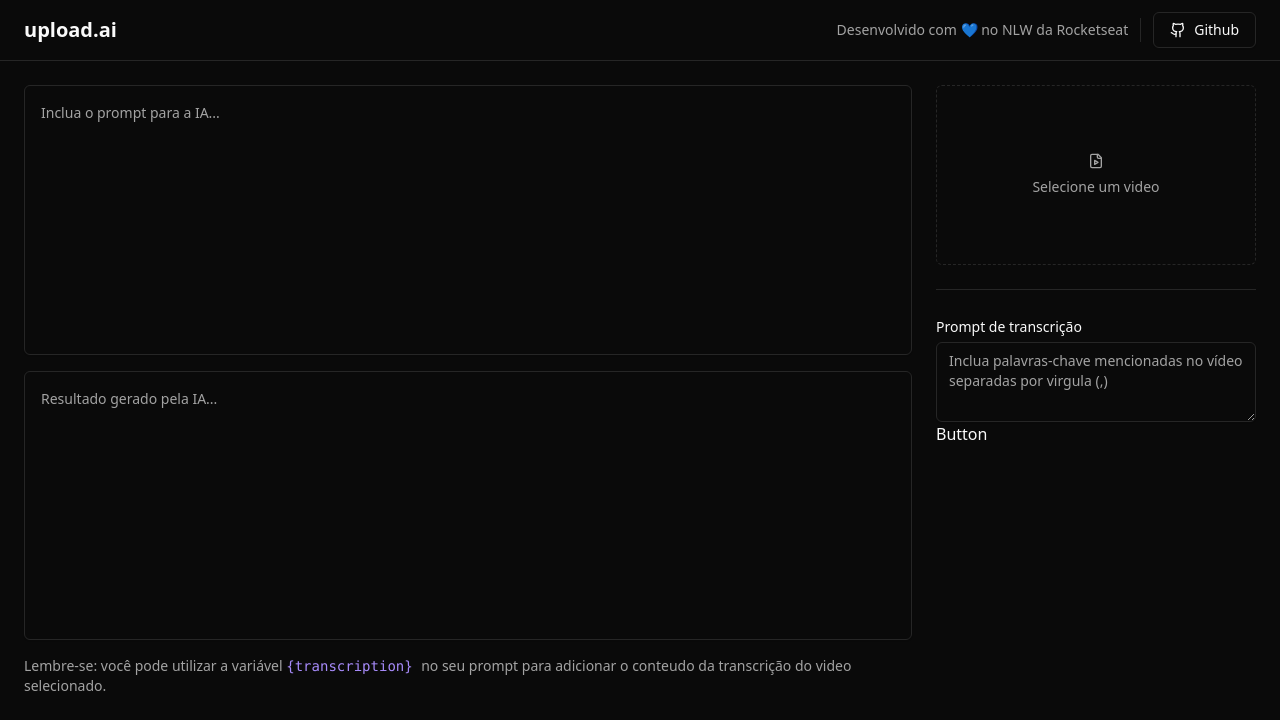
Repository: ricardolimati/upload-ai-web
Page: /
These files come from the project's save history. The page is drawn as it stood at one moment and after the next save; the edit follows.
The browser window is 1280 px wide. The pictures show the whole page.
The project was rebuilt for these pictures with package versions that can differ from the ones it lists, and the page was loaded fresh each time. Also part of the build but not shown: vite.config.ts.

Above is the page before, as saved 2023-09-11 23:56:48.

### src/App.tsx
import {Github, FileVideo} from 'lucide-react'
import { Button } from "./components/ui/button";
import { Separator } from './components/ui/separator';
import { Textarea } from './components/ui/textarea';
import { Label } from './components/ui/label';

export function App() {
  return(
   <div className="min-h-screen flex flex-col">
    <div className="px-6 py-3 flex items-center justify-between border-b">
      <h1 className="text-xl font-bold">upload.ai</h1>
      <div className="flex items-center gap-3">
        <span className="text-sm text-muted-foreground">
          Desenvolvido com 💙 no NLW da Rocketseat</span>
          <Separator orientation='vertical' className='h-6' />
        <Button variant="outline">
          <Github className="w-4 h-4 mr-2" />Github
        </Button>
      </div>
    </div>

    <main className="flex-1 p-6 flex gap-6">
      <div className="flex flex-col flex-1 gap-4">
        <div className="grid grid-rows-2 gap-4 flex-1">
          <Textarea
          className="resize-none p-4 leading-relaxed"
          placeholder="Inclua o prompt para a IA..."
          />
          <Textarea
          className="resize-none p-4 leading-relaxed"
          placeholder="Resultado gerado pela IA..."
          readOnly/>
        </div>

        <p className="text-sm text-muted-foreground">
          Lembre-se: você pode utilizar a variável <code className="text-violet-400">{'{transcription}'} </code>
           no seu prompt para adicionar o conteudo da transcrição
          do video selecionado.</p>
      </div>
      <aside className="w-80 space-y-6">
        <form className="space-y-6" action="" method="post">
          <label
          htmlFor="video"
          className="border flex rounded-md aspect-video cursor-pointer border-dashed text-sm flex-col gap-2 items-center justify-center text-muted-foreground hover:bg-primary/5"
          >
            <FileVideo className="w-4 h-4" />
            Selecione um video
          </label>
          <input type="file" id="video" accept="video/mp4" className="sr-only"/>
          <Separator />
          <div className="space-y-1">
            <Label htmlFor="transcription_prompt">Prompt de transcrição</Label>
            <Textarea
            id="transcription_prompt"
            className="min-h-20 leading-relaxe"
            placeholder="Inclua palavras-chave mencionadas no vídeo separadas por virgula (,)"
            />
          </div>
          Button
        </form>
      </aside>
    </main>
   </div>
  )
}

### src/index.css
@tailwind base;
@tailwind components;
@tailwind utilities;

@layer base {
  :root {
    --background: 0 0% 3.9%;
    --foreground: 0 0% 98%;
    --card: 0 0% 3.9%;
    --card-foreground: 0 0% 98%;
    --popover: 0 0% 3.9%;
    --popover-foreground: 0 0% 98%;
    --primary: 0 72.2% 50.6%;
    --primary-foreground: 0 85.7% 97.3%;
    --secondary: 0 0% 14.9%;
    --secondary-foreground: 0 0% 98%;
    --muted: 0 0% 14.9%;
    --muted-foreground: 0 0% 63.9%;
    --accent: 0 0% 14.9%;
    --accent-foreground: 0 0% 98%;
    --destructive: 0 62.8% 30.6%;
    --destructive-foreground: 0 0% 98%;
    --border: 0 0% 14.9%;
    --input: 0 0% 14.9%;
    --ring: 0 72.2% 50.6%;

    --radius: 0.5rem;
  }
}

@layer base {
  * {
    @apply border-border;
  }
  body {
    @apply bg-background text-foreground;
  }
}

### src/components/ui/button.tsx
import * as React from "react"
import { Slot } from "@radix-ui/react-slot"
import { cva, type VariantProps } from "class-variance-authority"

import { cn } from "@/lib/utils"

const buttonVariants = cva(
  "inline-flex items-center justify-center rounded-md text-sm font-medium transition-colors focus-visible:outline-none focus-visible:ring-1 focus-visible:ring-ring disabled:pointer-events-none disabled:opacity-50",
  {
    variants: {
      variant: {
        default:
          "bg-primary text-primary-foreground shadow hover:bg-primary/90",
        destructive:
          "bg-destructive text-destructive-foreground shadow-sm hover:bg-destructive/90",
        outline:
          "border border-input bg-transparent shadow-sm hover:bg-accent hover:text-accent-foreground",
        secondary:
          "bg-secondary text-secondary-foreground shadow-sm hover:bg-secondary/80",
        ghost: "hover:bg-accent hover:text-accent-foreground",
        link: "text-primary underline-offset-4 hover:underline",
      },
      size: {
        default: "h-9 px-4 py-2",
        sm: "h-8 rounded-md px-3 text-xs",
        lg: "h-10 rounded-md px-8",
        icon: "h-9 w-9",
      },
    },
    defaultVariants: {
      variant: "default",
      size: "default",
    },
  }
)

export interface ButtonProps
  extends React.ButtonHTMLAttributes<HTMLButtonElement>,
    VariantProps<typeof buttonVariants> {
  asChild?: boolean
}

const Button = React.forwardRef<HTMLButtonElement, ButtonProps>(
  ({ className, variant, size, asChild = false, ...props }, ref) => {
    const Comp = asChild ? Slot : "button"
    return (
      <Comp
        className={cn(buttonVariants({ variant, size, className }))}
        ref={ref}
        {...props}
      />
    )
  }
)
Button.displayName = "Button"

export { Button, buttonVariants }

### src/components/ui/separator.tsx
import * as React from "react"
import * as SeparatorPrimitive from "@radix-ui/react-separator"

import { cn } from "@/lib/utils"

const Separator = React.forwardRef<
  React.ElementRef<typeof SeparatorPrimitive.Root>,
  React.ComponentPropsWithoutRef<typeof SeparatorPrimitive.Root>
>(
  (
    { className, orientation = "horizontal", decorative = true, ...props },
    ref
  ) => (
    <SeparatorPrimitive.Root
      ref={ref}
      decorative={decorative}
      orientation={orientation}
      className={cn(
        "shrink-0 bg-border",
        orientation === "horizontal" ? "h-[1px] w-full" : "h-full w-[1px]",
        className
      )}
      {...props}
    />
  )
)
Separator.displayName = SeparatorPrimitive.Root.displayName

export { Separator }

### src/components/ui/textarea.tsx
import * as React from "react"

import { cn } from "@/lib/utils"

export interface TextareaProps
  extends React.TextareaHTMLAttributes<HTMLTextAreaElement> {}

const Textarea = React.forwardRef<HTMLTextAreaElement, TextareaProps>(
  ({ className, ...props }, ref) => {
    return (
      <textarea
        className={cn(
          "flex min-h-[60px] w-full rounded-md border border-input bg-transparent px-3 py-2 text-sm shadow-sm placeholder:text-muted-foreground focus-visible:outline-none focus-visible:ring-1 focus-visible:ring-ring disabled:cursor-not-allowed disabled:opacity-50",
          className
        )}
        ref={ref}
        {...props}
      />
    )
  }
)
Textarea.displayName = "Textarea"

export { Textarea }

### src/components/ui/label.tsx
import * as React from "react"
import * as LabelPrimitive from "@radix-ui/react-label"
import { cva, type VariantProps } from "class-variance-authority"

import { cn } from "@/lib/utils"

const labelVariants = cva(
  "text-sm font-medium leading-none peer-disabled:cursor-not-allowed peer-disabled:opacity-70"
)

const Label = React.forwardRef<
  React.ElementRef<typeof LabelPrimitive.Root>,
  React.ComponentPropsWithoutRef<typeof LabelPrimitive.Root> &
    VariantProps<typeof labelVariants>
>(({ className, ...props }, ref) => (
  <LabelPrimitive.Root
    ref={ref}
    className={cn(labelVariants(), className)}
    {...props}
  />
))
Label.displayName = LabelPrimitive.Root.displayName

export { Label }

Loaded but not shown: index.html (common file); src/main.tsx (common file); src/lib/utils.ts (common file); tailwind.config.js (common file)

After the next save:
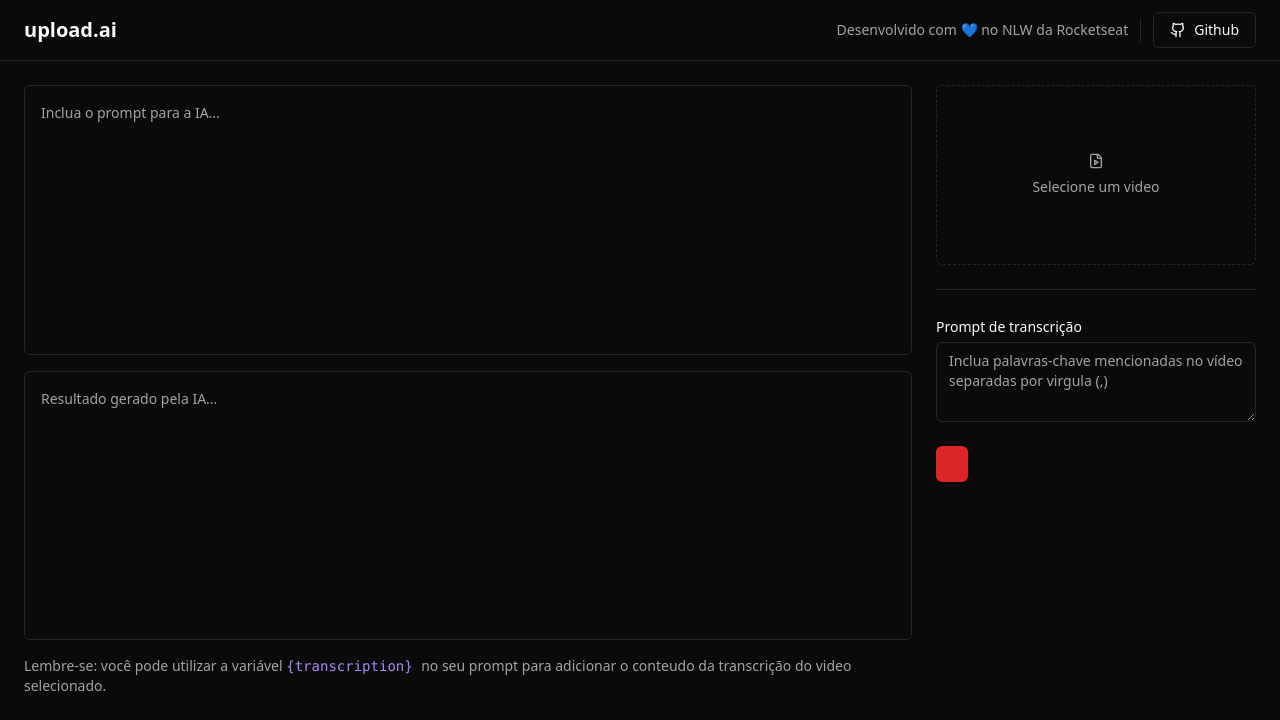
Saved 5 s later.
--- a/src/App.tsx
+++ b/src/App.tsx
@@ -56,7 +56,7 @@ export function App() {
             placeholder="Inclua palavras-chave mencionadas no vídeo separadas por virgula (,)"
             />
           </div>
-          Button
+          <Button></Button>
         </form>
       </aside>
     </main>
